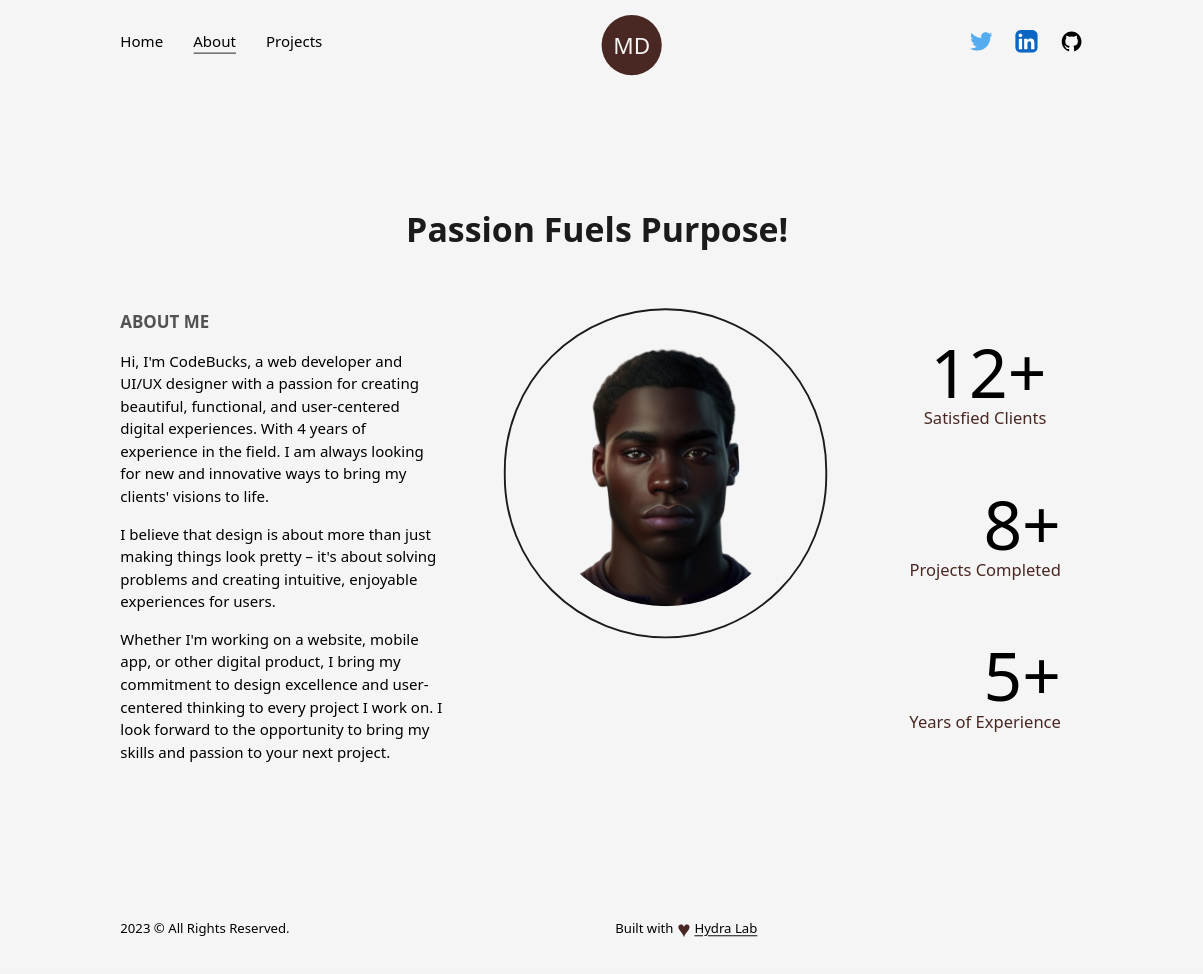
Repository: marcusdashe/situs
Page: /about
The author's editor kept a copy of each file at every save. The page is drawn from the files as they stood at one save, then again after the next save.
The browser window is 1280 px wide. The pictures show the whole page, at 94% of full size.
The project was rebuilt for these pictures with package versions that can differ from the ones it lists, and the page was loaded fresh each time. The framework's server and built-in components were replaced by stand-ins that run in the browser.

Above is the page before, as saved 2023-06-29 14:43:33.

After the next save:
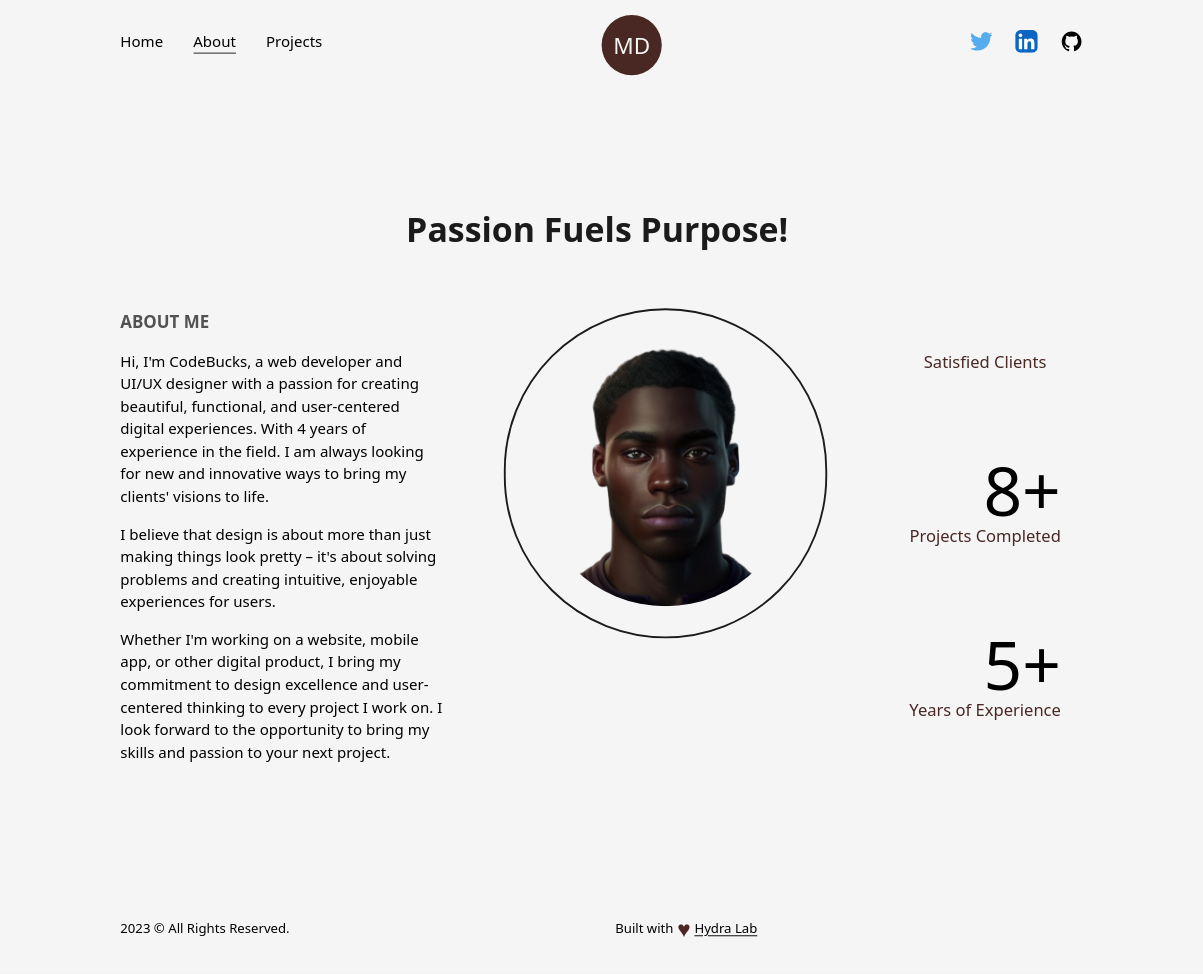
Saved 72 s later.
--- a/src/pages/about.js
+++ b/src/pages/about.js
@@ -78,7 +78,9 @@ const About = () => {
 
             <div className="col-span-2 flex flex-col items-center justify-around">
               <div className="flex flex-col items-end justify-center">
-                <span className="inline-block text-7xl">12+</span>
+                <span className="inline-block text-7xl">
+                  <AnimatedNumber value={12} />
+                </span>
                 <h2 className="text-[1.1rem] font-medium text-primaryDark">
                   Satisfied Clients
                 </h2>
